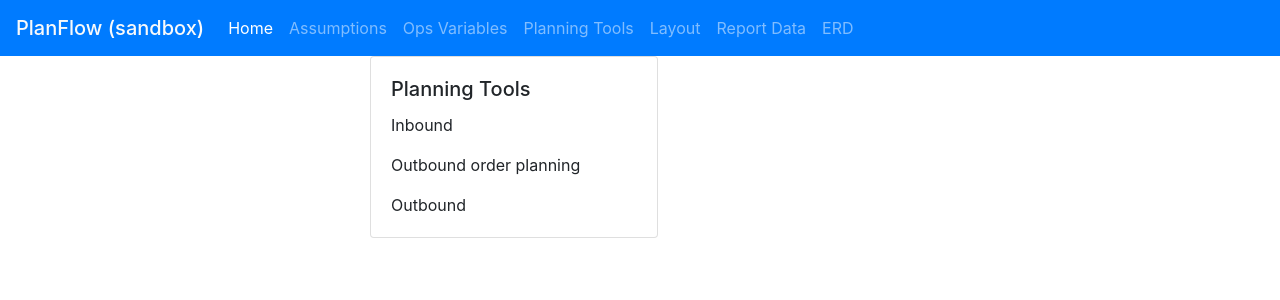
Repository: gholler76/planflow
Page: http://localhost/planflow/WEB-INF/planningtools.jsp
The author's editor kept a copy of each file at every save. The page is drawn from the files as they stood at one save, then again after the next save.
The browser window is 1280 px wide. The pictures show the whole page.
The page is served by Tomcat 9. Nobody is signed in. Other server files are loaded and not shown. The template is opened directly, without the code that normally fills it, so the values that code supplies are empty.

Above is the page before, as saved 2021-05-28 20:06:51.

### planflow/src/main/webapp/WEB-INF/planningtools.jsp
<%@ page language="java" contentType="text/html; charset=UTF-8" pageEncoding="UTF-8"%>
<%@ taglib prefix="c" uri="http://java.sun.com/jsp/jstl/core"%>
<%@ taglib prefix="form" uri="http://www.springframework.org/tags/form"%>
<%@ page isErrorPage="true"%>
<%@ taglib prefix="fmt" uri="http://java.sun.com/jsp/jstl/fmt" %>
<%@ taglib prefix="fn" uri="http://java.sun.com/jsp/jstl/functions" %>

<!DOCTYPE html>
<html>
<head>
    <meta charset="UTF-8">
    <title>PlanFlow</title>
    <script src="https://code.jquery.com/jquery-3.5.1.slim.min.js" integrity="sha384-DfXdz2htPH0lsSSs5nCTpuj/zy4C+OGpamoFVy38MVBnE+IbbVYUew+OrCXaRkfj" crossorigin="anonymous"></script>
	<script src="https://cdn.jsdelivr.net/npm/bootstrap@4.6.0/dist/js/bootstrap.bundle.min.js" integrity="sha384-Piv4xVNRyMGpqkS2by6br4gNJ7DXjqk09RmUpJ8jgGtD7zP9yug3goQfGII0yAns" crossorigin="anonymous"></script>
    <link rel="stylesheet" href="https://cdn.jsdelivr.net/npm/bootstrap@4.6.0/dist/css/bootstrap.min.css" integrity="sha384-B0vP5xmATw1+K9KRQjQERJvTumQW0nPEzvF6L/Z6nronJ3oUOFUFpCjEUQouq2+l" crossorigin="anonymous">
</head>
<body>
<nav class="navbar navbar-expand-lg navbar-dark bg-primary">
	    <span class="navbar-brand text-light mb-0 h1">PlanFlow (sandbox)</span>
	  <button class="navbar-toggler" type="button" data-toggle="collapse" data-target="#navbarNavAltMarkup" aria-controls="navbarNavAltMarkup" aria-expanded="false" aria-label="Toggle navigation">
	    <span class="navbar-toggler-icon"></span>
	  </button>
	  <div class="collapse navbar-collapse" id="navbarNavAltMarkup">
	    <div class="navbar-nav">
	      <a class="nav-link active" href="/">Home <span class="sr-only">(current)</span></a>
	      <a class="nav-link" href="/assumptions">Assumptions</a>
	      <a class="nav-link" href="/opsvariables">Ops Variables</a>
	      <a class="nav-link" href="/planningtools">Planning Tools</a>
	      <a class="nav-link" href="/layout">Layout</a>
	      <a class="nav-link" href="reportdata">Report Data</a>
	      <a class="nav-link" href="/erd">ERD</a>
	    </div>
	  </div>
	</nav>
	<div class="container">
		<div class="row justify-content-center">
    		<div class="col-6">
    			<div class="card" style="width: 18rem;">
  					<div class="card-body">
					    <h5 class="card-title">Planning Tools</h5>
					    <p class="card-text">Inbound</p>
					    <p class="card-text">Outbound order planning</p>
					    <p class="card-text">Outbound</p>
				  	</div>
				</div>
   	 		</div>
    	</div>
	</div>

</body>
</html>

After the next save:
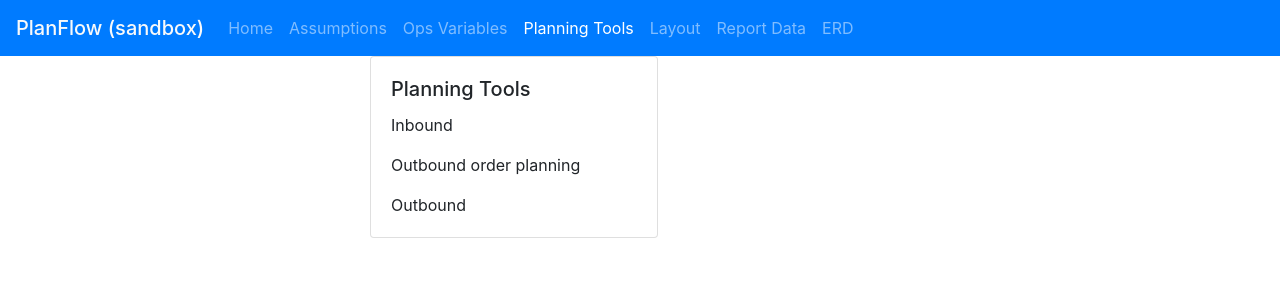
Saved 48 s later.
--- a/planflow/src/main/webapp/WEB-INF/planningtools.jsp
+++ b/planflow/src/main/webapp/WEB-INF/planningtools.jsp
@@ -22,10 +22,10 @@
 	  </button>
 	  <div class="collapse navbar-collapse" id="navbarNavAltMarkup">
 	    <div class="navbar-nav">
-	      <a class="nav-link active" href="/">Home <span class="sr-only">(current)</span></a>
+	      <a class="nav-link" href="/">Home</a>
 	      <a class="nav-link" href="/assumptions">Assumptions</a>
 	      <a class="nav-link" href="/opsvariables">Ops Variables</a>
-	      <a class="nav-link" href="/planningtools">Planning Tools</a>
+	      <a class="nav-link active" href="/planningtools">Planning Tools<span class="sr-only">(current)</span></a>
 	      <a class="nav-link" href="/layout">Layout</a>
 	      <a class="nav-link" href="reportdata">Report Data</a>
 	      <a class="nav-link" href="/erd">ERD</a>
